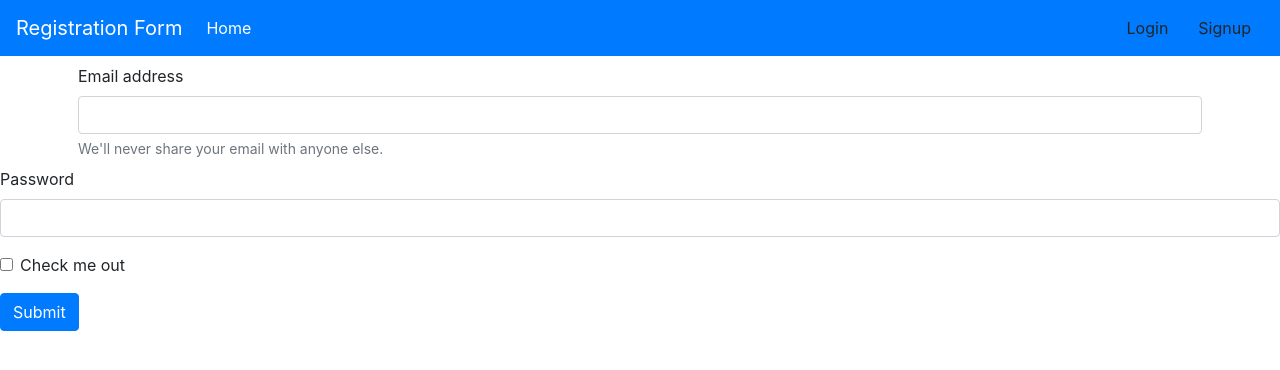
Repository: Avk84120/SBTRagistrationapp
Page: http://localhost/index
These files come from the project's save history. The page is drawn as it stood at one moment and after the next save; the edit follows.
The browser window is 1280 px wide. The pictures show the whole page.
The page is this project's Thymeleaf template; nobody is signed in. The template is opened directly, without the code that normally fills it, so the values that code supplies are empty.

Above is the page before, as saved 2022-10-10 06:49:26.

After the next save:
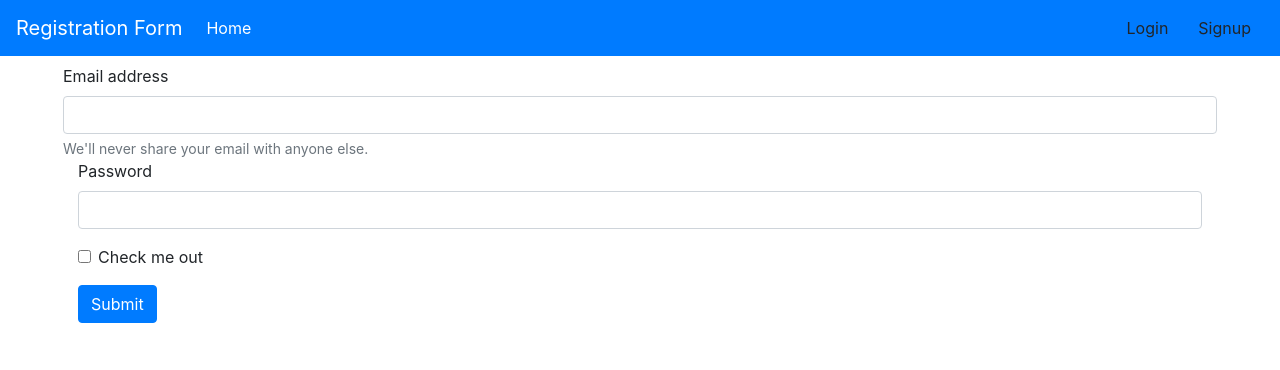
Saved 2 min 26 s later.
--- a/SBTRagistrationapp/src/main/resources/templates/index.html
+++ b/SBTRagistrationapp/src/main/resources/templates/index.html
@@ -35,6 +35,7 @@
 </nav>
 <form>
   <div class="container p-2">
+  <div class="row">
     <label for="exampleInputEmail1">Email address</label>
     <input type="email" class="form-control" id="exampleInputEmail1" aria-describedby="emailHelp">
     <small id="emailHelp" class="form-text text-muted">We'll never share your email with anyone else.</small>
